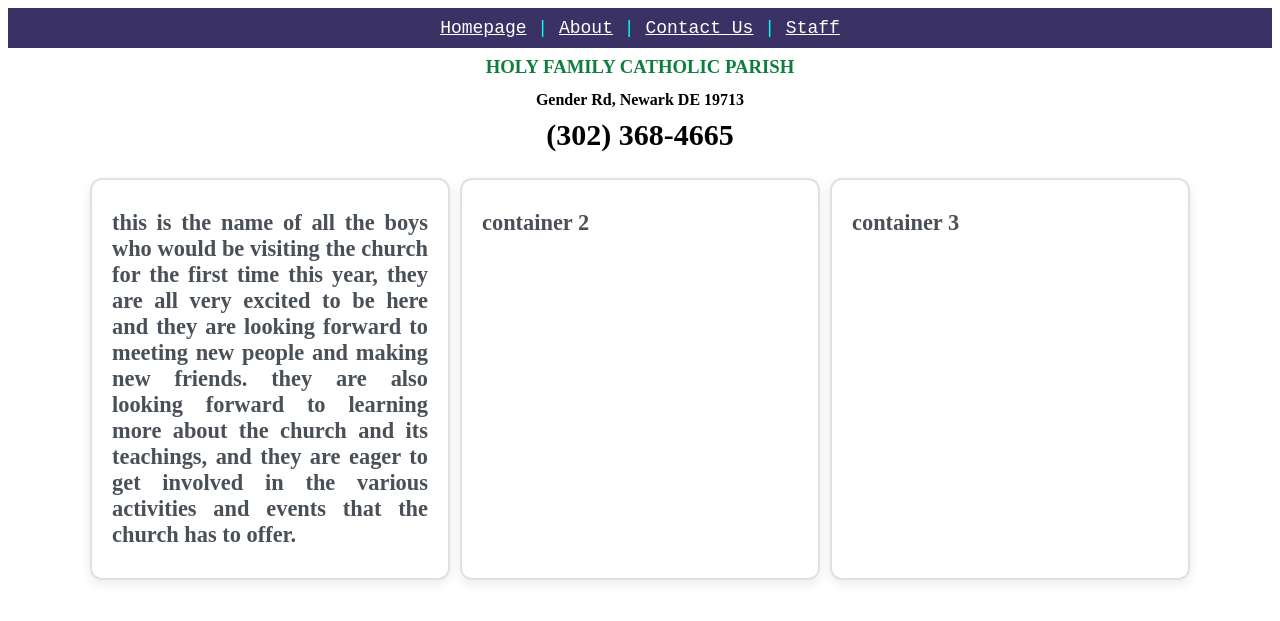
Repository: ficotims/HTML-RESTART
Page: Homepage.html
An editor plug-in stored every save of this project. The page is shown before and after the next save, followed by the edit.
The browser window is 1280 px wide. The pictures show the whole page.

Above is the page before, as saved 2026-02-10 22:58:43.

### Homepage.html
<!doctype html>
<html lang="en">
  <head>
    <meta charset="UTF-8" />
    <meta name="viewport" content="width=device-width, initial-scale=1.0" />
      <title>HTML Crash course with Iman Musa</title>
    <link rel="stylesheet" href="Style 1.css"/>

      </head>
<body

     <!-- NAVIGATION SECTION -->
        <div style="background-color: rgb(58, 49, 100); padding: 10px; text-align: center; color: aqua; font-size: 18px; font-family: monospace, Lemon milk;">
    <a href="Homepage.html" target="_top" style="color: white;">Homepage</a> |
    <a href="about.html" style="color: white;">About</a> | <a href="Contact us.html" style="color: white;">Contact Us</a> |
    <a href="staff.html" style="color: white;">Staff</a>
     </div>

 <div style="text-align: center;">
    <h3><span style="color: rgb(14, 126, 61);"><div style="line-height: 0;">HOLY FAMILY CATHOLIC PARISH</b></span></h3>
    <H4 span style="line-height: 1.5;">Gender Rd, Newark DE 19713 <br><span style="font-size: 30px;">(302) 368-4665</span></sapn></H4>

 </div>



 <!-- CONTAINERS -->
  <div class="container">
  <div class="box">
    this is the name of all the boys who would be visiting the church for the first time this year, they are all very excited to be here and they are looking forward to meeting new people and making new friends. they are also looking forward to learning more about the church and its teachings, and they are eager to get involved in the various activities and events that the church has to offer.
  </div>
  <div class="box">
    container 2
  </div>
  <div class="box">
    container 3
  </div>
</div>

  </body>
</html>

### Style 1.css
.carton
{padding: 10px;
border: 1px solid #aed1e6;
margin: 50px;}

.container {
  max-width: 1100px;
  margin: 0 auto;

  display: flex;              /* ← this is the magic line */
  gap: 10px;                  /* space between boxes */
  flex-wrap: wrap;            /* boxes go to next line on small screens */
  justify-content: center;    /* centers the whole row if fewer than 3 fit */
}

.box {
  flex: 1;             /* each box grows equally */
  min-width: 220px;    /* prevents them from becoming too narrow */
  background: #ffffff;
  border: 2px solid #dee2e6;
  border-radius: 12px;
  padding: 30px 20px;
  text-align: justify;
  font-size: 1.4rem;
  font-weight: 600;
  color: #495057;
  box-shadow: 0 4px 12px rgba(0,0,0,0.08);
}

/* Optional: hover effect */
.box:hover {
  transform: translateY(-6px);
  box-shadow: 0 12px 28px rgba(0,0,0,0.14);
}

After the next save:
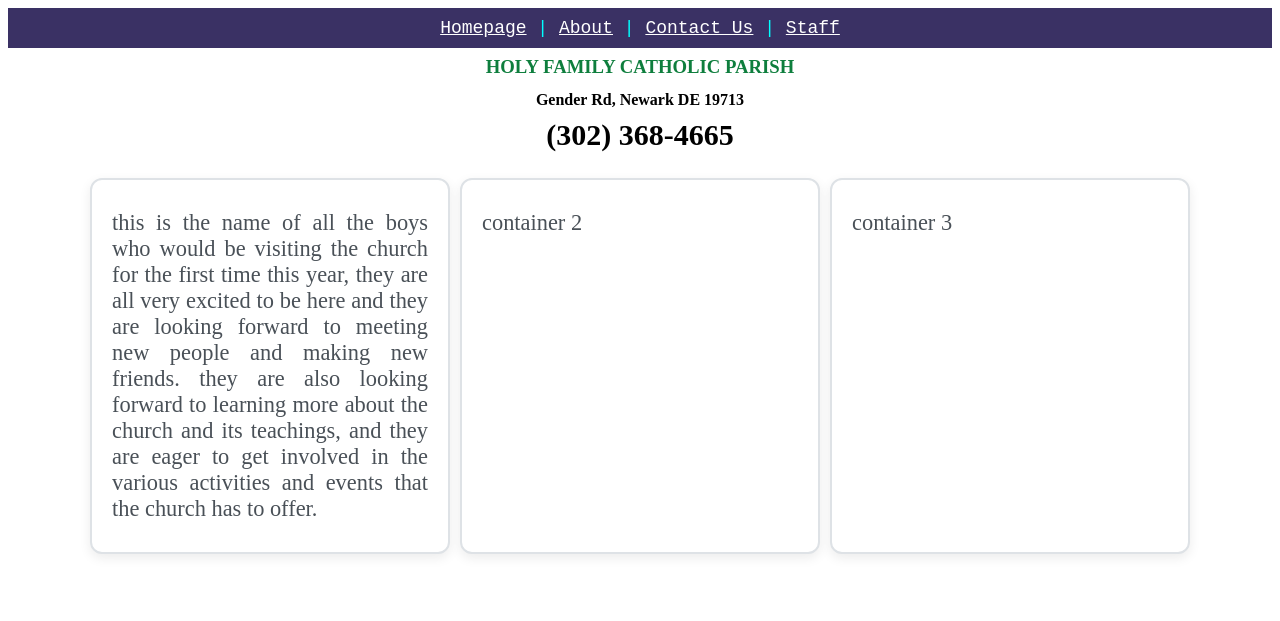
Saved 16 s later.
--- a/Style 1.css
+++ b/Style 1.css
@@ -22,7 +22,7 @@ margin: 50px;}
   padding: 30px 20px;
   text-align: justify;
   font-size: 1.4rem;
-  font-weight: 600;
+  font-weight: 100;
   color: #495057;
   box-shadow: 0 4px 12px rgba(0,0,0,0.08);
 }
